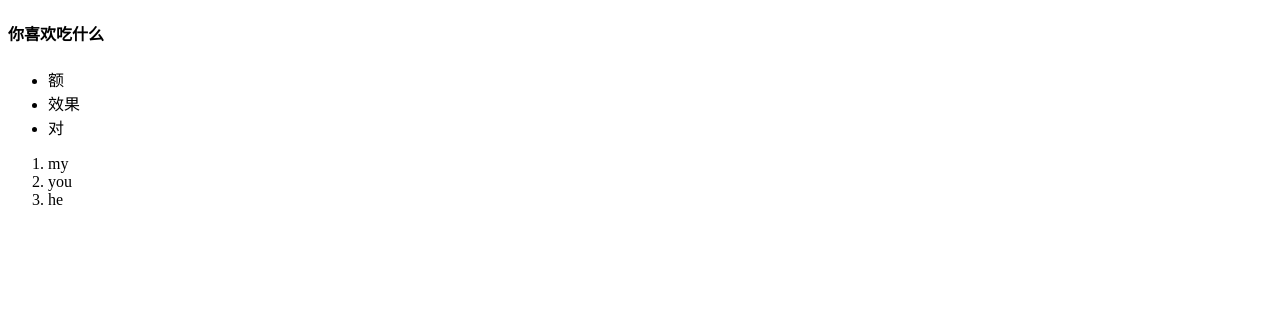
Repository: Qwenicq/My_project
Page: html/HTML_learning/3_chart.html
The author's editor kept a copy of each file at every save. The page is drawn from the files as they stood at one save, then again after the next save.
The browser window is 1280 px wide. The pictures show the whole page.

Above is the page before, as saved 2023-03-28 21:37:30.

After the next save:
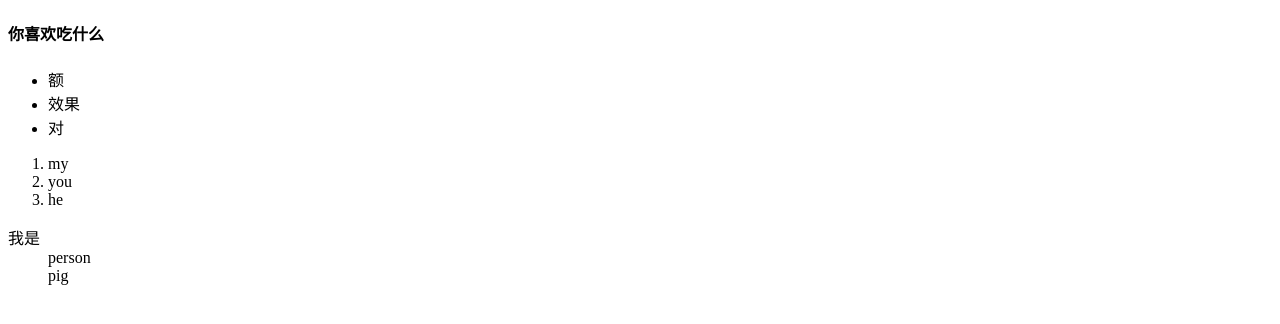
Saved 4 min 51 s later.
--- a/html/HTML_learning/3_chart.html
+++ b/html/HTML_learning/3_chart.html
@@ -14,10 +14,17 @@
         <li>效果</li>
         <li>对</li>
     </ul>
+<!-- 有序列表 -->
     <ol>
         <li>my</li>
         <li>you</li>
         <li>he</li>
     </ol>
+    <!-- 自定义列表 -->
+    <dl>
+        <dt>我是</dt>
+        <dd>person</dd>
+        <dd>pig</dd>
+    </dl>
 </body>
 </html>
